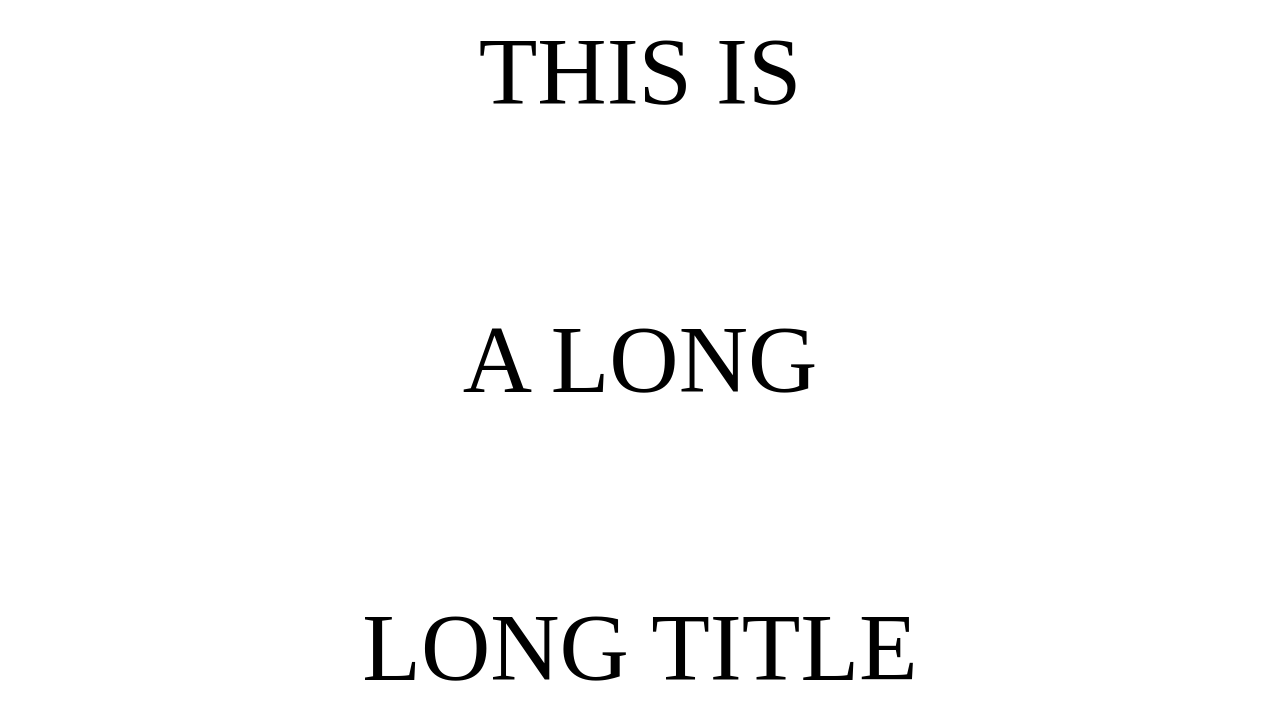
Repository: zuuo/--
Page: 文字入场动画1/index.html
These files come from the project's save history. The page is drawn as it stood at one moment and after the next save; the edit follows.
The browser window is 1280 px wide. The pictures show the whole page.
The style sheet was rebuilt from its Sass, Less or Tailwind sources for each picture, by a compiler version that may differ from the author's.

Above is the page before, as saved 2024-03-03 20:56:39.

### 文字入场动画1/index.html
<!DOCTYPE html>
<html lang="en">

<head>
    <meta charset="UTF-8">
    <meta name="viewport" content="width=device-width, initial-scale=1.0">
    <title>文字入场动画1</title>
    <link rel="stylesheet" href="./style.css">
</head>

<body>
    <div class="title">
        <p>THIS IS</p>
        <p>A LONG</p>
        <p>LONG TITLE</p>
    </div>
</body>
<script src="index.js"></script>

</html>

### 文字入场动画1/style.less
body {
    padding: 0;
    margin: 0;
}

.title {
    width: 100vw;
    height: 100vh;
    display: flex;
    justify-content: center;
    align-items: center;
    flex-direction: column;
    font-size: 96px;
    line-height: 1;
    margin: 0;
}

Loaded but not shown: 文字入场动画1/index.js (no stored copy; drawn as an empty file)

After the next save:
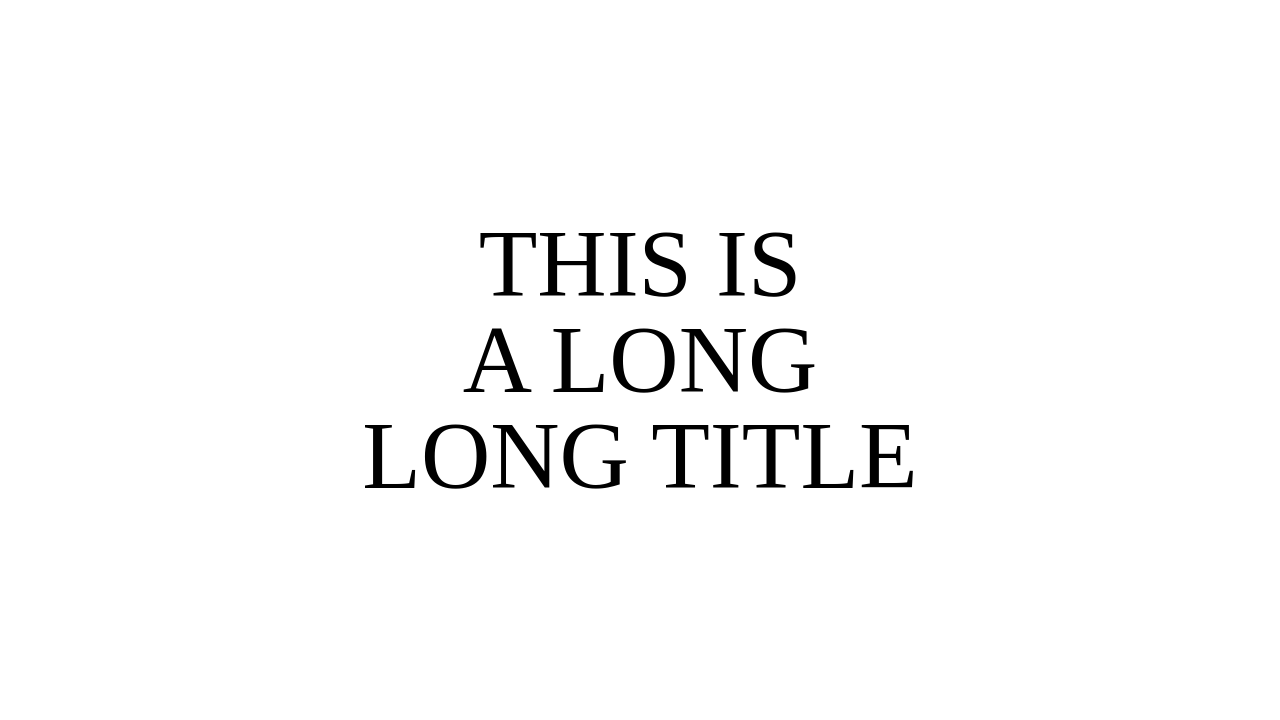
Saved 44 s later.
--- a/文字入场动画1/style.less
+++ b/文字入场动画1/style.less
@@ -11,6 +11,9 @@ body {
     align-items: center;
     flex-direction: column;
     font-size: 96px;
-    line-height: 1;
-    margin: 0;
+    p {
+        line-height: 1;
+        margin: 0;
+
+    }
 }
